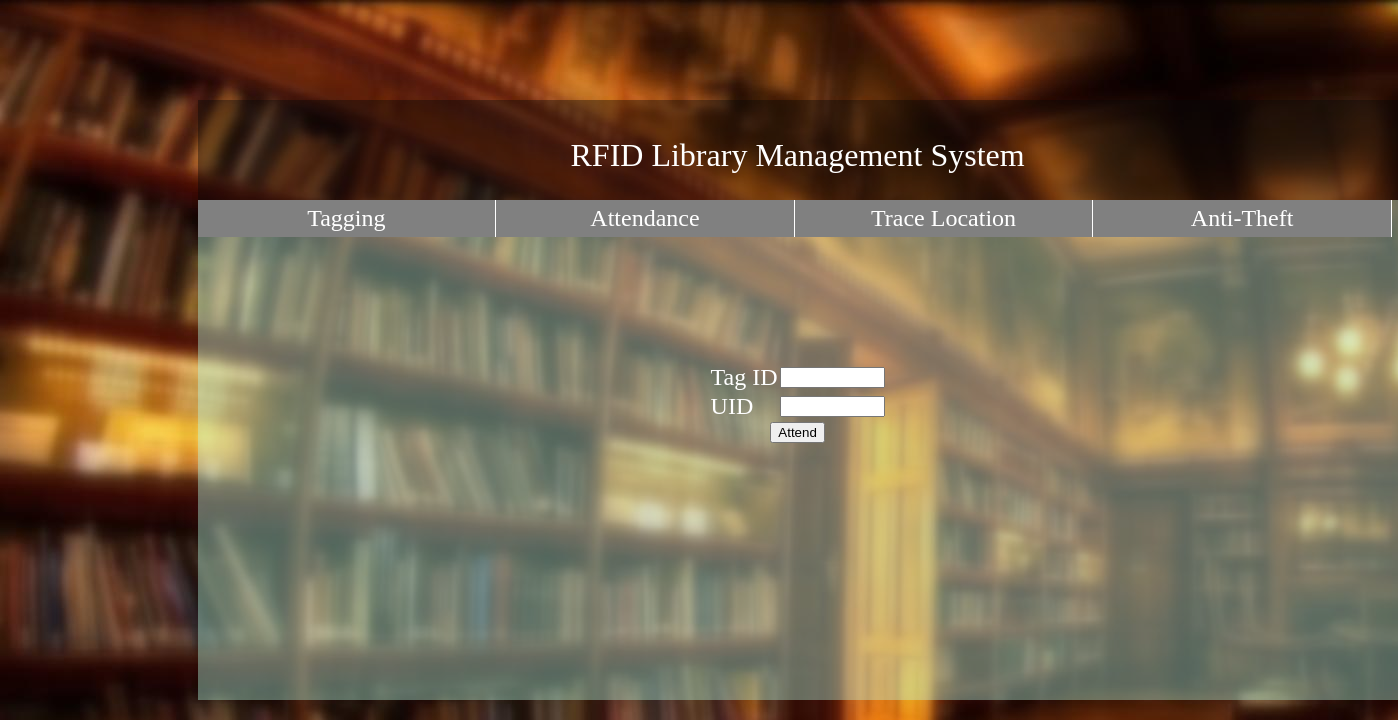
Repository: vigineshs/A-Smart-Data-Analyzer-for-Library-Management-System
Page: http://localhost/librarymgmt/attendance.jsp
An editor plug-in stored every save of this project. The page is shown before and after the next save, followed by the edit.
The browser window is 1280 px wide. The page is 1398 px wide, so the pictures cover 1398 px, including what lies to the right of the window. The pictures show the whole page.
The page is served by Tomcat 9. Other server files are loaded and not shown.

Above is the page before, as saved 2013-02-11 14:47:21.

### PassiveRFID/CS203-Version 1.0.6/Demo Applications/Dot Net C#/Demo Applications Source Code/RFID/librarymgmt/WebContent/attendance.jsp
<%@ page language="java" contentType="text/html; charset=ISO-8859-1"
    pageEncoding="ISO-8859-1"%>
<!DOCTYPE html PUBLIC "-//W3C//DTD HTML 4.01 Transitional//EN" "http://www.w3.org/TR/html4/loose.dtd">
<html>
<head>
<title>RFID | Library Management System</title>
<link rel="stylesheet" type="text/css" href="page.css ">

</head>
<body>
<div class="center">
<div id="container">
<div id="header"><br/>
RFID Library Management System
</div>
<div id="content">
<ul>
<li><a href="tag.jsp">Tagging</a></li>
<li><a href="attend.jsp">Attendance</a></li>
<li><a href="locate.jsp">Trace Location</a></li>
<li><a href="#">Anti-Theft</a></li>
</ul>
<br/><br/>

	<center><form method=POST action="http://localhost:8080/librarymgmt/Attendance" onsubmit="return validateForm()" name=f1>
	<br/><br/><br/><br/>
<table cellpadding="%" >
<tr  ><td>Tag ID</td><td><input type=text size=10 name=btag /></td></tr>
<tr><td>UID</td><td><input type=text size=10 name=buid /></td></tr>

<tr><td colspan="2"><center><input type=submit value=Attend /></center></td></tr>
</table>
</form></center>

</div>
</div></div>
</body>
</html>

### PassiveRFID/CS203-Version 1.0.6/Demo Applications/Dot Net C#/Demo Applications Source Code/RFID/librarymgmt/WebContent/page.css
#container
{


width:1200px;
height:500px;
margin:0px;

}

ul
{

width:100%;
padding:0;
margin:0;
list-style-type:none;
}

ul a
{
float:left;
width:10.6em;
text-decoration:none;
text-align:center;
color:white;
background-color:grey;
padding:0.2em 0.9em;
border-right:1px solid white;
}

a
{
float:left;
width:8em;
text-decoration:none;
text-align:center;
color:white;
background-color:#58ACFA;
padding:0.2em 0.9em;
border-right:1px solid white;
}

a:hover {background-color:white;
color:black;}

li {display:inline;}


.center
{
margin-left:auto;
margin-right:auto;
width:70%;
}

body
{
background-image:url('images/lib.jpg');
color:white;
}

#header
{
background-image:url('images/header.png');
font-family:Monotype Corsiva;
font-size:32px;
color:white;
height:100px;
text-align:center;
float:center;
margin-top:100px;
}

#content
{
background-image:url('images/content.png');
width:1200px;
height:500px;
margin-left:0px;
overflow:hidden;
font-size:24px;
float:center;
}

#lcon
{
width:300px;
height:100%
overflow:hidden;
}

#rcon
{
width:700px;
height:100%
overflow:hidden;
margin-left:300px;
}

After the next save:
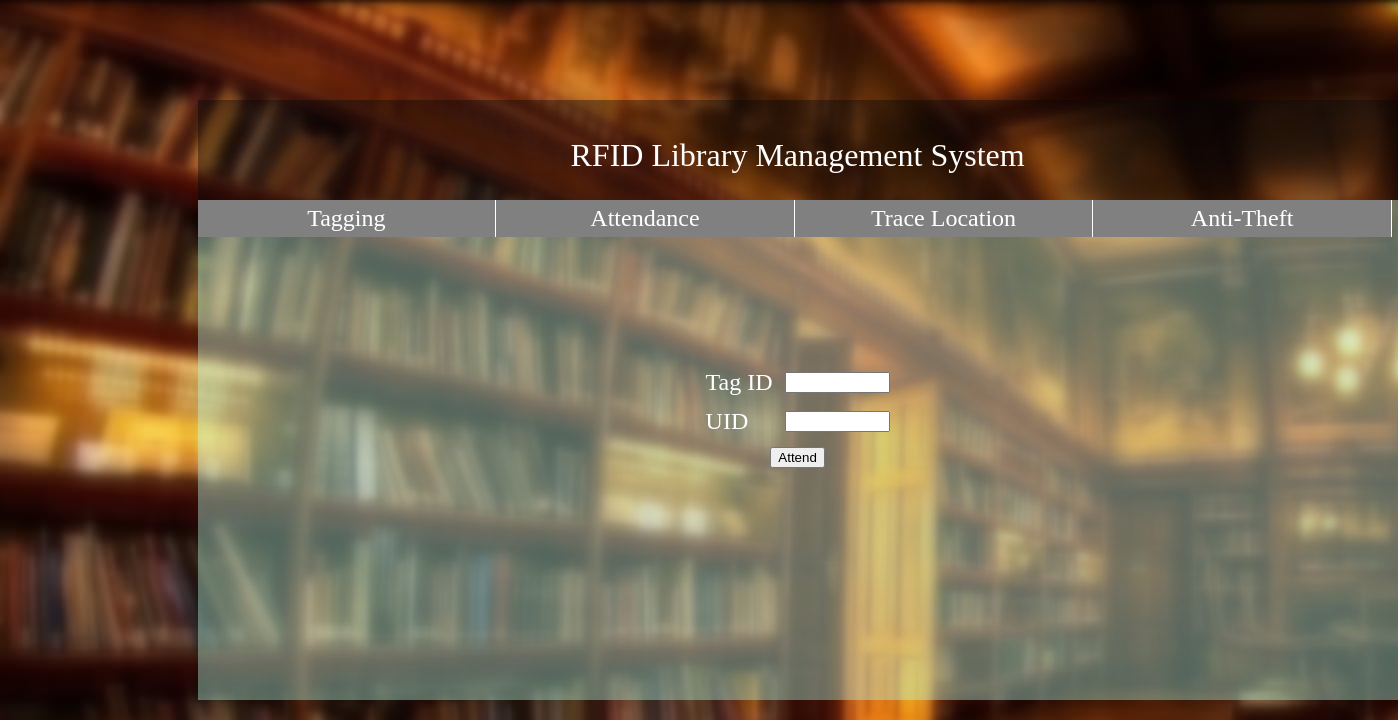
Saved 7 s later.
--- a/PassiveRFID/CS203-Version 1.0.6/Demo Applications/Dot Net C#/Demo Applications Source Code/RFID/librarymgmt/WebContent/attendance.jsp
+++ b/PassiveRFID/CS203-Version 1.0.6/Demo Applications/Dot Net C#/Demo Applications Source Code/RFID/librarymgmt/WebContent/attendance.jsp
@@ -24,7 +24,7 @@ RFID Library Management System
 
 	<center><form method=POST action="http://localhost:8080/librarymgmt/Attendance" onsubmit="return validateForm()" name=f1>
 	<br/><br/><br/><br/>
-<table cellpadding="%" >
+<table cellpadding="5" >
 <tr  ><td>Tag ID</td><td><input type=text size=10 name=btag /></td></tr>
 <tr><td>UID</td><td><input type=text size=10 name=buid /></td></tr>
 
